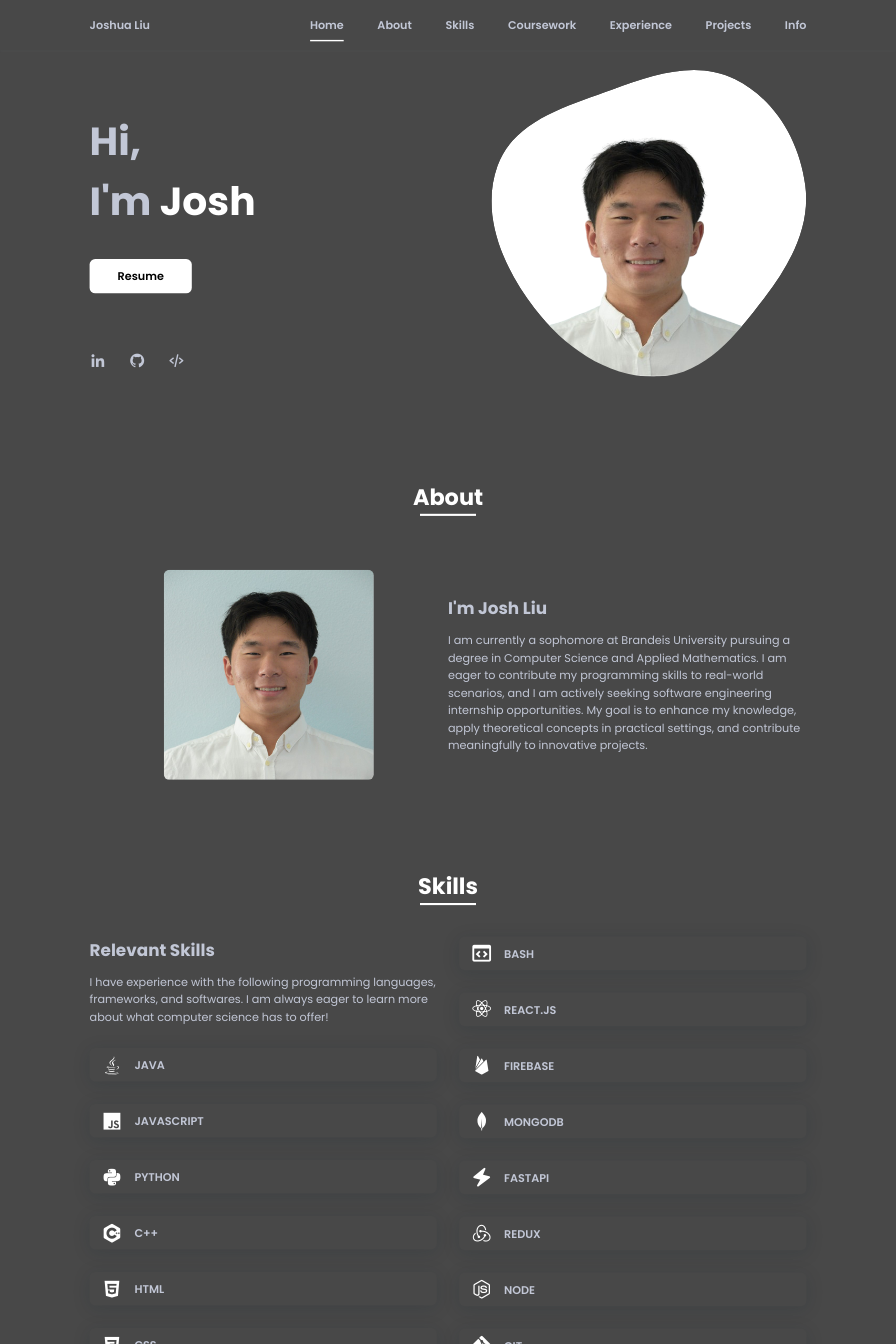
Repository: joshliu14/joshliu14.github.io
Page: index.html
These files come from the project's save history. The page is drawn as it stood at one moment and after the next save; the edit follows.
The browser window is 1280 px wide. The pictures show the part of the page from y = 0 to 1920 px (the page is 5434 px tall), at 70% of full size.

Above is the page before, as saved 2024-02-01 03:40:25.

### index.html
<!DOCTYPE html>
<html lang="en">
  <head>
    <meta charset="UTF-8" />
    <meta name="viewport" content="width=device-width, initial-scale=1.0" />
    <link rel="icon" href="assets/icons/favicon.ico" type="image/x-icon"/>
    <link rel="stylesheet" href="assets/css/web.css" />

    <!-- =====BOX ICONS===== -->
    <link
      href="https://unpkg.com/boxicons@2.1.4/css/boxicons.min.css"
      rel="stylesheet"
    />

    <title>Joshua Liu</title>
  </head>
  <body>
    <!--===== HEADER =====-->
    <header class="l-header">
      <nav class="nav bd-grid">
        <div>
          <a href="#" class="nav__logo">Joshua Liu</a>
        </div>

        <div class="nav__menu" id="nav-menu">
          <ul class="nav__list">
            <li class="nav__item">
              <a href="#home" class="nav__link active-link">Home</a>
            </li>
            <li class="nav__item">
              <a href="#about" class="nav__link">About</a>
            </li>
            <li class="nav__item">
              <a href="#skills" class="nav__link">Skills</a>
            </li>
            <li class="nav__item">
              <a href="#coursework" class="nav__link">Coursework</a>
            </li>
            <li class="nav__item">
              <a href="#work" class="nav__link">Experience</a>
            </li>
            <li class="nav__item">
              <a href="#projects" class="nav__link">Projects</a>
            </li>
            <li class="nav__item">
              <a href="#contact" class="nav__link">Info</a>
            </li>
          </ul>
        </div>

        <div class="nav__toggle" id="nav-toggle">
          <i class="bx bx-menu"></i>
        </div>
      </nav>
    </header>

    <main class="l-main">
      <!--===== HOME =====-->
      <section class="home bd-grid" id="home">
        <div class="home__data">
          <h1 class="home__title">
            Hi,<br />I'm <span class="home__title-color">Josh</span><br />
          </h1>

          <a href="resume.pdf" class="button">Resume</a>
        </div>

        <div class="home__social">
          <a
            href="https://www.linkedin.com/in/joshua-liu-727847208/"
            class="home__social-icon"
            ><i class="bx bxl-linkedin"></i
          ></a>
          <a href="https://github.com/joshliu14" class="home__social-icon"
            ><i class="bx bxl-github"></i
          ></a>
          <a href="https://leetcode.com/joshliu_/" class="home__social-icon"
            ><i class="bx bx-code-alt"></i
          ></a>
        </div>

        <div class="home__img">
          <svg
            class="home__blob"
            viewBox="0 0 479 467"
            xmlns="http://www.w3.org/2000/svg"
            xmlns:xlink="http://www.w3.org/1999/xlink"
          >
            <mask id="mask0" mask-type="alpha">
              <path
                d="M9.19024 145.964C34.0253 76.5814 114.865 54.7299 184.111 29.4823C245.804 6.98884 311.86 -14.9503 370.735 14.143C431.207 44.026 467.948 107.508 477.191 174.311C485.897 237.229 454.931 294.377 416.506 344.954C373.74 401.245 326.068 462.801 255.442 466.189C179.416 469.835 111.552 422.137 65.1576 361.805C17.4835 299.81 -17.1617 219.583 9.19024 145.964Z"
              />
            </mask>
            <g mask="url(#mask0)">
              <path
                d="M9.19024 145.964C34.0253 76.5814 114.865 54.7299 184.111 29.4823C245.804 6.98884 311.86 -14.9503 370.735 14.143C431.207 44.026 467.948 107.508 477.191 174.311C485.897 237.229 454.931 294.377 416.506 344.954C373.74 401.245 326.068 462.801 255.442 466.189C179.416 469.835 111.552 422.137 65.1576 361.805C17.4835 299.81 -17.1617 219.583 9.19024 145.964Z"
              />
              <image
                class="home__blob-img"
                x="30"
                y="65"
                href="assets/img/profile.png"
              />
            </g>
          </svg>
        </div>
      </section>

      <!--===== ABOUT =====-->
      <section class="about section" id="about">
        <h2 class="section-title">About</h2>

        <div class="about__container bd-grid">
          <div class="about__img">
            <img src="assets/img/about.png" alt="" />
          </div>

          <div>
            <h2 class="about__subtitle">I'm Josh Liu</h2>
            <p class="about__text">
              I am currently a sophomore at Brandeis University pursuing a
              degree in Computer Science and Applied Mathematics. I am eager to
              contribute my programming skills to real-world scenarios, and I am
              actively seeking software engineering internship opportunities. My
              goal is to enhance my knowledge, apply theoretical concepts in
              practical settings, and contribute meaningfully to innovative
              projects.
            </p>
          </div>
        </div>
      </section>

      <!--===== SKILLS =====-->
      <section class="skills section" id="skills">
        <h2 class="section-title">Skills</h2>

        <div class="skills__container bd-grid">
          <div>
            <h2 class="skills__subtitle">Relevant Skills</h2>
            <p class="skills__text">
                I have experience with the following programming languages,
                frameworks, and softwares. I am always eager to learn more
                about what computer science has to offer!
            </p>
            <div class="skills__data">
              <div class="skills__names">
                <i class="bx bxl-java skills__icon"></i>
                <span class="skills__name">JAVA</span>
              </div>
            </div>
            <div class="skills__data">
              <div class="skills__names">
                <i class="bx bxl-javascript skills__icon"></i>
                <span class="skills__name">JAVASCRIPT</span>
              </div>
            </div>
            <div class="skills__data">
              <div class="skills__names">
                <i class="bx bxl-python skills__icon"></i>
                <span class="skills__name">PYTHON</span>
              </div>
            </div>
            <div class="skills__data">
              <div class="skills__names">
                <i class="bx bxl-c-plus-plus skills__icon"></i>
                <span class="skills__name">C++</span>
              </div>
            </div>
            <div class="skills__data">
              <div class="skills__names">
                <i class="bx bxl-html5 skills__icon"></i>
                <span class="skills__name">HTML</span>
              </div>
            </div>
            <div class="skills__data">
              <div class="skills__names">
                <i class="bx bxl-css3 skills__icon"></i>
                <span class="skills__name">CSS</span>
              </div>
            </div>
          </div>
          <div>
            <div class="skills__data">
              <div class="skills__names">
                <i class="bx bx-code-block skills__icon"></i>
                <span class="skills__name">BASH</span>
              </div>
            </div>
            <div class="skills__data">
              <div class="skills__names">
                <i class="bx bxl-react skills__icon"></i>
                <span class="skills__name">REACT.JS</span>
              </div>
            </div>
            <div class="skills__data">
              <div class="skills__names">
                <i class="bx bxl-firebase skills__icon"></i>
                <span class="skills__name">FIREBASE</span>
              </div>
            </div>
            <div class="skills__data">
              <div class="skills__names">
                <i class="bx bxl-mongodb skills__icon"></i>
                <span class="skills__name">MONGODB</span>
              </div>
            </div>
            <div class="skills__data">
              <div class="skills__names">
                <i class="bx bxs-zap skills__icon"></i>
                <span class="skills__name">FASTAPI</span>
              </div>
            </div>
            <div class="skills__data">
              <div class="skills__names">
                <i class="bx bxl-redux skills__icon"></i>
                <span class="skills__name">REDUX</span>
              </div>
            </div>
            <div class="skills__data">
              <div class="skills__names">
                <i class="bx bxl-nodejs skills__icon"></i>
                <span class="skills__name">NODE</span>
              </div>
            </div>
            <div class="skills__data">
              <div class="skills__names">
                <i class="bx bxl-git skills__icon"></i>
                <span class="skills__name">GIT</span>
              </div>
            </div>
          </div>
      </section>

      <!--===== Relevant Coursework =====-->
      <section class="skills section" id="coursework">
        <h2 class="section-title">Coursework</h2>

        <div class="skills__container bd-grid">
          <div>
            <h2 class="skills__subtitle">Relavant Courses</h2>
           <p class="skills__text">
                Here are some relevant computer science and math courses
                that I have taken at Brandeis University.
            </p>
            <div class="skills__data">
              <div class="skills__names">
                <i class="bx bx-code skills__icon"></i>
                <span class="skills__name">DATA STRUCTURES AND ALGORITHMS</span>
              </div>
            </div>
            <div class="skills__data">
              <div class="skills__names">
                <i class="bx bx-code skills__icon"></i>
                <span class="skills__name">FUNDAMENTALS OF SOFTWARE ENGINEERING</span>
              </div>
            </div>
            <div class="skills__data">
              <div class="skills__names">
                <i class="bx bx-code skills__icon"></i>
                <span class="skills__name">DISCRETE STRUCTURES</span>
              </div>
            </div>
            <div class="skills__data">
              <div class="skills__names">
                <i class="bx bx-code skills__icon"></i>
                <span class="skills__name">WEB APPLICATION DEVELOPMENT</span>
              </div>
            </div>
            <div class="skills__data">
              <div class="skills__names">
                <i class="bx bx-code skills__icon"></i>
                <span class="skills__name">OPERATING SYSTEMS</span>
              </div>
            </div>
            <div class="skills__data">
              <div class="skills__names">
                <i class="bx bx-code skills__icon"></i>
                <span class="skills__name">THEORY OF COMPUTATION</span>
              </div>
            </div>
          </div>
          <div>
             <div class="skills__data">
              <div class="skills__names">
                <i class="bx bx-math skills__icon"></i>
                <span class="skills__name">LINEAR ALGEBRA</span>
              </div>
            </div>
            <div class="skills__data">
              <div class="skills__names">
                <i class="bx bx-math skills__icon"></i>
                <span class="skills__name">INTRODUCTION TO PROOFS</span>
              </div>
            </div>
            <div class="skills__data">
              <div class="skills__names">
                <i class="bx bx-math skills__icon"></i>
                <span class="skills__name">MULTIVARIABLE CALCULUS</span>
              </div>
            </div>
            <div class="skills__data">
              <div class="skills__names">
                <i class="bx bx-math skills__icon"></i>
                <span class="skills__name">DIFFERENTIAL EQUATIONS</span>
              </div>
            </div>
            <div class="skills__data">
              <div class="skills__names">
                <i class="bx bx-math skills__icon"></i>
                <span class="skills__name">NUMERICAL METHODS AND BIG DATA</span>
              </div>
            </div>
            <div class="skills__data">
              <div class="skills__names">
                <i class="bx bx-math skills__icon"></i>
                <span class="skills__name">INTRODUCTION TO APPLIED MATHEMATICS</span>
              </div>
            </div>
          </div>
      </section>

      <!--===== Experience =====-->
      <section class="work section" id="work">
        <h2 class="section-title">Experience</h2>

        <div class="work__container bd-grid">
                <div class="work__img">
                <h3 class="work__title">Software Engineering Intern</h3>
                <span class="work__subtitle">Boston College</span>
                <p class="work__description">
                    <br />
                    Summer research intern under Donglai Wei, a Professor in the field of Computer
                    Vision and Biomedical Image Analysis at Boston College.
                    <br />
                    <br />
                    Learned and took part in the software development lifecycle, working with a team to
                    contribute to developing a web app that segments and labels neurons for clients.
                    <br />
                    <br />
                    Worked on the front end in React.js and the back end in FastAPI to help organize high-resolution images
                    and labels of neurons by (labeling and tagging files) creating a way for clients to rename files and revert them.
                    <br />
                    <br />
                    Developed a capability in React.js that allowed users to run multiple visualization tabs. Required updates
                    to the FastAPI backend and figuring out how to modify it to run different instances of neuroglancer simultaneously.
                </p>
                </div>
                <div class="work__img">
                <h3 class="work__title">Research Intern</h3>
                <span class="work__subtitle">Brandeis University</span>
                <p class="work__description">
                    <br />
                    Researching under Dylan Cashman, a Professor at Brandeis University who is currently working on
                    columnar data augmentation using knowledge graphs.
                    <br />
                    <br />
                    Performing research in machine learning regarding neural networks and image classification and attending weekly meetings.
                </p>
                </div>
                <div class="work__img">
                <h3 class="work__title">Software Engineer</h3>
                <span class="work__subtitle">TAMID</span>
                <p class="work__description">
                    <br />
                    Training to help develop softwares for Israeli tech startups.
                    Currently developing my own project this semester.
                </p>
                </div>
        </div>
      </section>

       <!--===== Personal Projects =====-->
      <section class="work section" id="projects">
        <h2 class="section-title">Personal Projects</h2>

        <div class="work__container bd-grid">
                <div class="work__img">
                <h3 class="work__title">Brandeis Stdent Alumni Association</h3>
                <span class="work__subtitle">Web Project</span>
                <p class="work__description">
                    <br />
                    Created a mock Brandeis Student Alumni Association website
                    using Express.js and MongoDB.
                    <br />
                    <br />
                    Fully functioning website utilizing the
                    database for storing upcoming events, user authentication, permissions,
                    and a chat feature through socket.io.
                </p>
                </div>
                <div class="work__img">
                <h3 class="work__title">Travel Mug</h3>
                <span class="work__subtitle">Web Project</span>
                <p class="work__description">
                    <br />
                    Lead software engineer for Travel Mug website using Firebase and React.js.
                    <br />
                    <br />
                    Utilized React-Redux, React-Redux-Firebase
                    and more to allow communication between front and back end.
                    <br />
                    <br />
                    Features include user authentication and personalized preferences.
                    Ability to filter for different cafes based on roast, items sold, location and more.
                </p>
                </div>
                <div class="work__img">
                <h3 class="work__title">Comment Linter</h3>
                <span class="work__subtitle">AI Project</span>
                <p class="work__description">
                    <br />
                    Working to build an AI software that can detect outdated
                    or misleading comments in software code to help developers
                    maintain readability of code, prevent confusion and increase
                    productivity.
                </p>
                </div>
        </div>
      </section>

      <!--===== INFO =====-->
      <section class="contact section" id="contact">
        <h2 class="section-title">Info</h2>
        <p class="contact__input">Joshua Liu</p>
        <p class="contact__input">joshualiu@brandeis.edu</p>
        <p class="contact__input">949-551-8585</p>
        <p class="contact__input">Brandeis University 4.00 GPA</p>
        <p class="contact__input">415 South Street Waltham, MA</p>
      </section>
    </main>

    <!--===== FOOTER =====-->
    <footer class="footer">
      <p class="footer__title">Joshua Liu</p>
      <div class="footer__social">
        <a href="https://www.facebook.com/josh.liu.9847" class="footer__icon"
          ><i class="bx bxl-facebook"></i
        ></a>
        <a href="https://www.instagram.com/joshliu_" class="footer__icon"
          ><i class="bx bxl-instagram"></i
        ></a>
        <a href="https://twitter.com/jahliu" class="footer__icon"
          ><i class="bx bxl-twitter"></i
        ></a>
      </div>
      <p class="footer__copy">&#169; Josh Liu 2024</p>
    </footer>

    <!--===== SCROLL REVEAL =====-->
    <script src="https://unpkg.com/scrollreveal"></script>

    <!--===== MAIN JS =====-->
    <script src="assets/js/main.js"></script>
  </body>
</html>

Loaded but not shown: assets/js/main.js (61 lines, source omitted); assets/css/web.css (479 lines, source omitted)

After the next save:
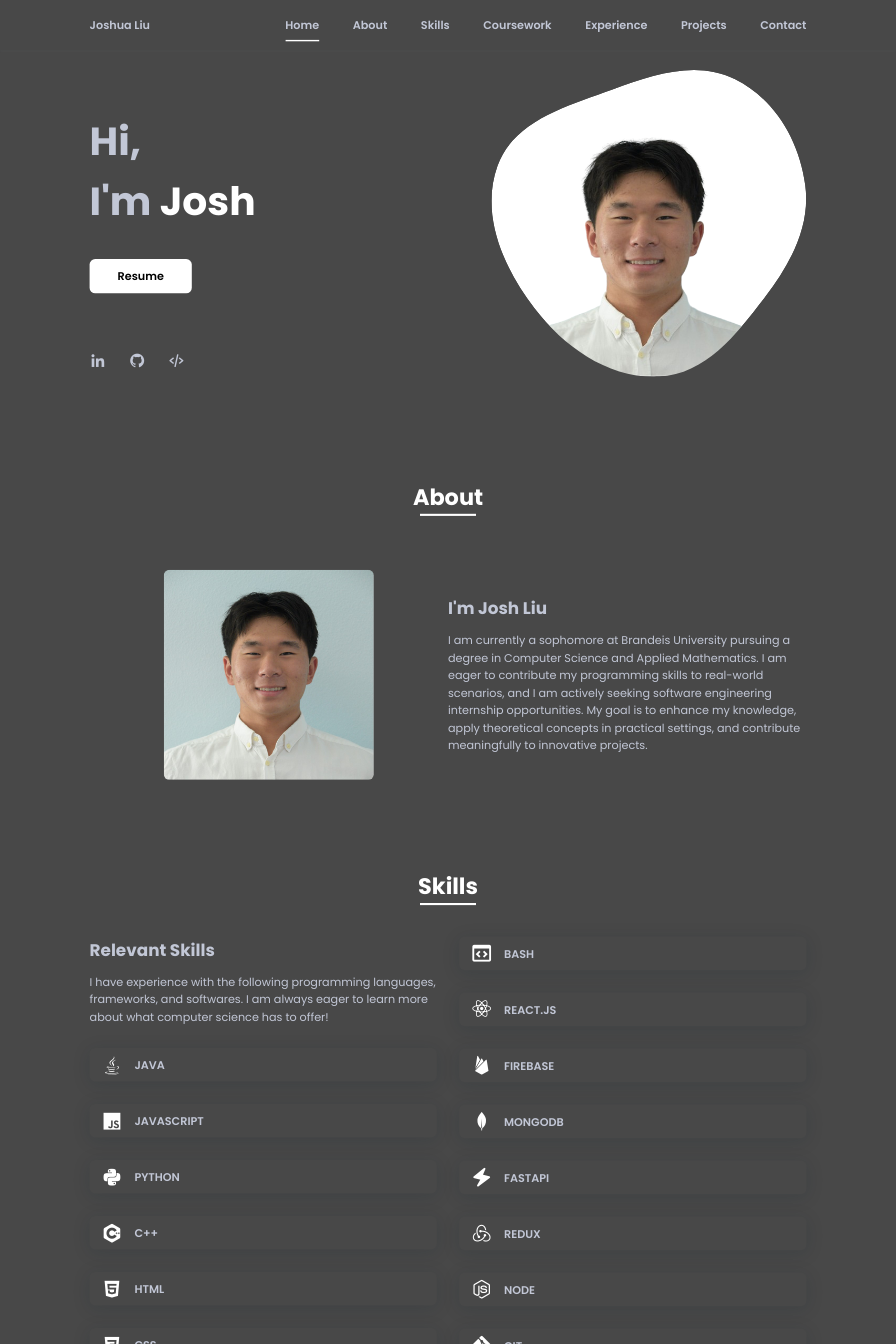
Saved 71 s later.
--- a/index.html
+++ b/index.html
@@ -37,13 +37,13 @@
               <a href="#coursework" class="nav__link">Coursework</a>
             </li>
             <li class="nav__item">
-              <a href="#work" class="nav__link">Experience</a>
+              <a href="#experience" class="nav__link">Experience</a>
             </li>
             <li class="nav__item">
               <a href="#projects" class="nav__link">Projects</a>
             </li>
             <li class="nav__item">
-              <a href="#contact" class="nav__link">Info</a>
+              <a href="#contact" class="nav__link">Contact</a>
             </li>
           </ul>
         </div>
@@ -320,7 +320,7 @@
       </section>
 
       <!--===== Experience =====-->
-      <section class="work section" id="work">
+      <section class="work section" id="experience">
         <h2 class="section-title">Experience</h2>
 
         <div class="work__container bd-grid">
@@ -371,7 +371,7 @@
 
        <!--===== Personal Projects =====-->
       <section class="work section" id="projects">
-        <h2 class="section-title">Personal Projects</h2>
+        <h2 class="section-title">Projects</h2>
 
         <div class="work__container bd-grid">
                 <div class="work__img">
@@ -420,7 +420,7 @@
 
       <!--===== INFO =====-->
       <section class="contact section" id="contact">
-        <h2 class="section-title">Info</h2>
+        <h2 class="section-title">Contact</h2>
         <p class="contact__input">Joshua Liu</p>
         <p class="contact__input">joshualiu@brandeis.edu</p>
         <p class="contact__input">949-551-8585</p>
